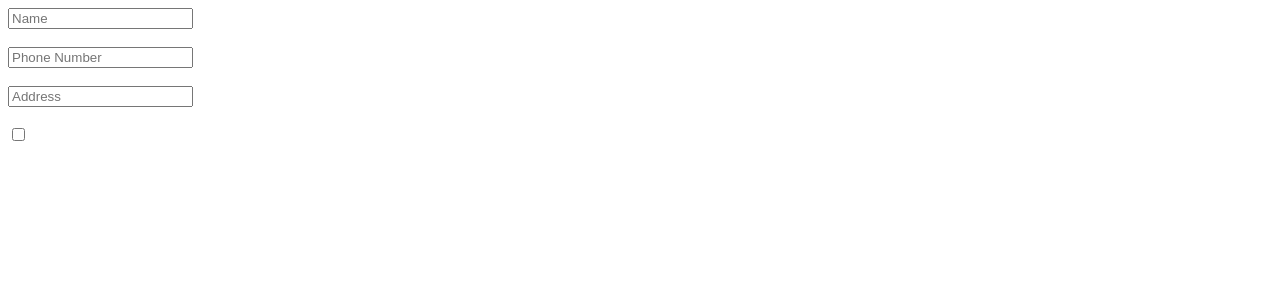
Repository: acciojob/dog-adoption-application-vandanayadav15
Page: main.html
The author's editor kept a copy of each file at every save. The page is drawn from the files as they stood at one save, then again after the next save.
The browser window is 1280 px wide. The pictures show the whole page.

Above is the page before, as saved 2022-10-13 14:05:21.

After the next save:
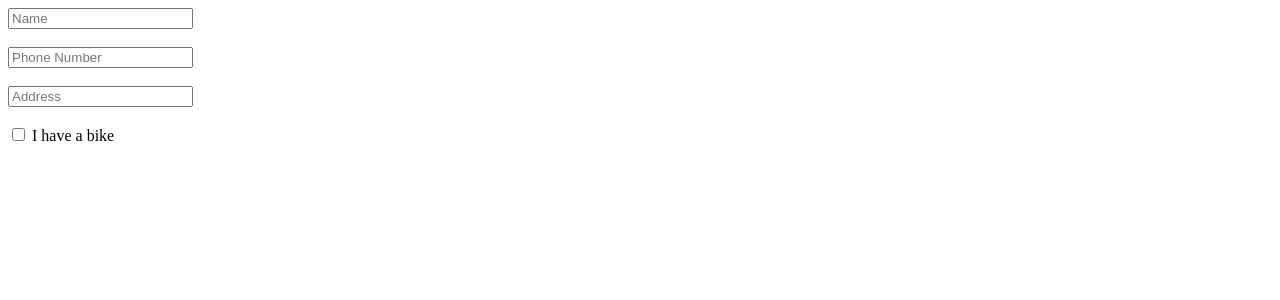
Saved 25 min 30 s later.
--- a/main.html
+++ b/main.html
@@ -13,6 +13,8 @@
  <input type="text" id="phone" placeholder="Phone Number"><br><br>
  <input type="text" id="address" placeholder="Address"><br><br>
  <input type="checkbox" id="checkbox" value="Have you ever lived with a Dog before?">
+<label for="vehicle1"> I have a bike</label><br>
+
 
   </form>
 

After the save that followed:
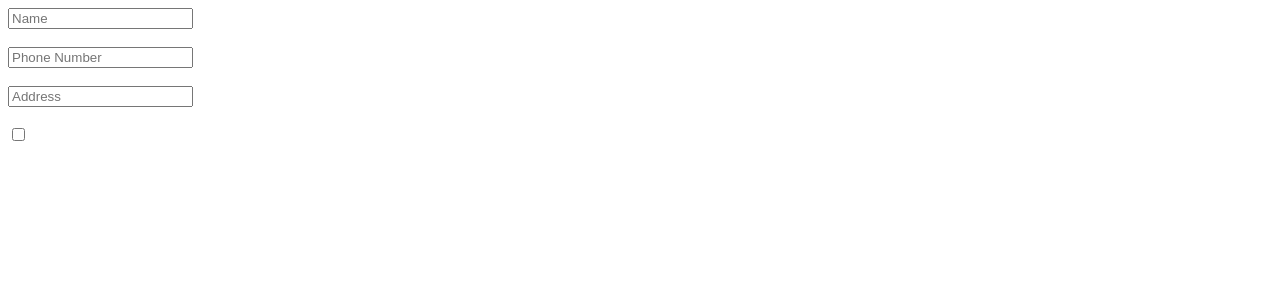
Saved 8 s later.
--- a/main.html
+++ b/main.html
@@ -13,7 +13,6 @@
  <input type="text" id="phone" placeholder="Phone Number"><br><br>
  <input type="text" id="address" placeholder="Address"><br><br>
  <input type="checkbox" id="checkbox" value="Have you ever lived with a Dog before?">
-<label for="vehicle1"> I have a bike</label><br>
 
 
   </form>
